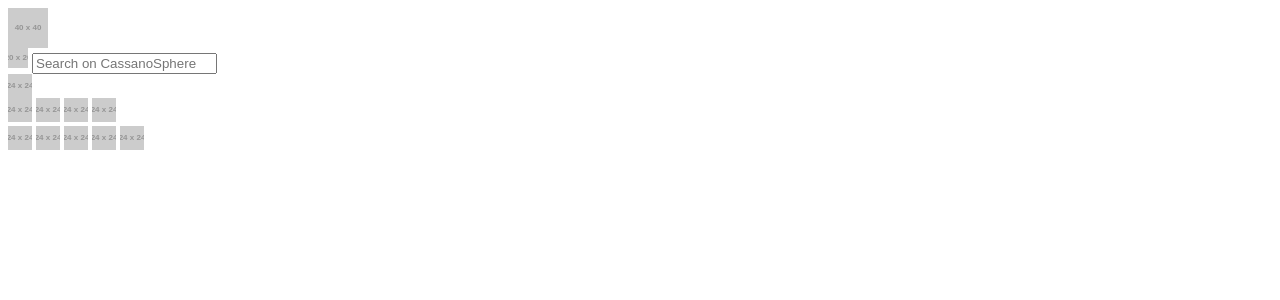
Repository: oafnghh/CassanoSphere
Page: http://localhost/CassanoSphere/www/home/includes/navBar.jsp
The author's editor kept a copy of each file at every save. The page is drawn from the files as they stood at one save, then again after the next save.
The browser window is 1280 px wide. The pictures show the whole page.
The page is served by Tomcat 9.

Above is the page before, as saved 2024-07-15 09:39:22.

After the next save:
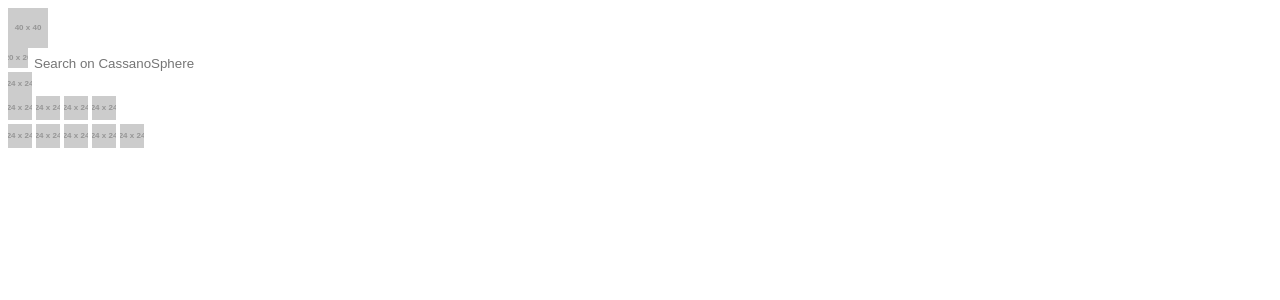
Saved 28 s later.
--- a/CassanoSphere/webapp/www/home/includes/navBar.jsp
+++ b/CassanoSphere/webapp/www/home/includes/navBar.jsp
@@ -3,7 +3,7 @@
     <img src="https://placehold.co/40x40" alt="Facebook logo" class="rounded-full" />
     <div class="flex items-center bg-zinc-100 dark:bg-zinc-700 rounded-full px-3 py-1">
       <img src="https://placehold.co/20x20?text=🔍" alt="Search icon" class="mr-2" />
-      <input type="text" placeholder="Search on CassanoSphere" class="bg-transparent text-muted-foreground ml-2 outline-none" />
+      <input type="text" placeholder="Search on CassanoSphere" style="border: none" class="bg-transparent text-muted-foreground ml-2 outline-none" />
     </div>
   </div>
 
